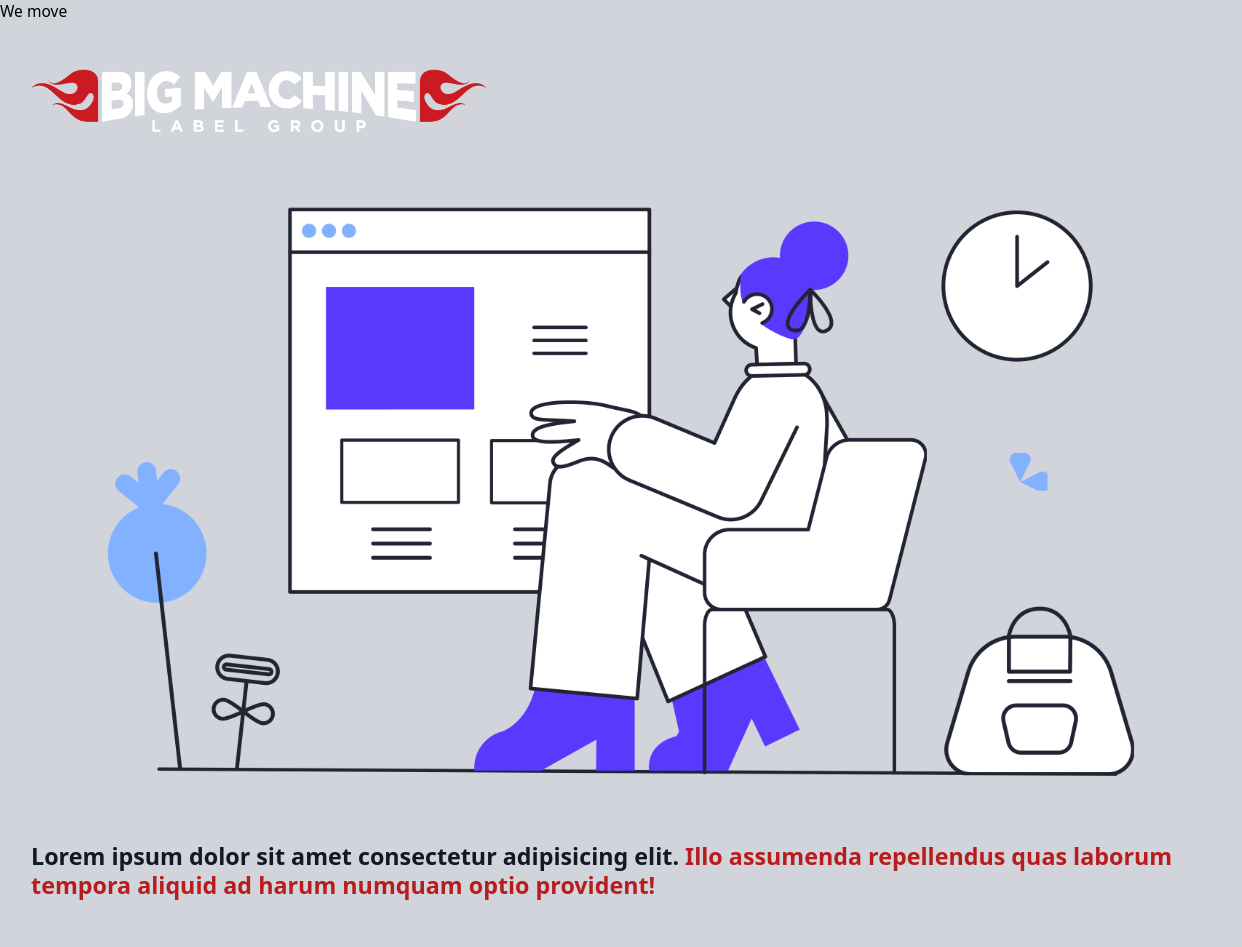
Repository: thasquirrie/fanmanagement
Page: / (app in frontend/)
The author's editor kept a copy of each file at every save. The page is drawn from the files as they stood at one save, then again after the next save.
The browser window is 1280 px wide. The pictures show the whole page, at 97% of full size.
The project was rebuilt for these pictures with package versions that can differ from the ones it lists, and the page was loaded fresh each time. A package was used in the major version that the imports need, not the one package.json lists. Also part of the build but not shown: frontend/craco.config.js, frontend/src/App.css.

Above is the page before, as saved 2021-05-25 14:20:56.

### frontend/public/index.html
<!DOCTYPE html>
<html lang="en">

<head>
  <meta charset="utf-8" />
  <link rel="icon" href="%PUBLIC_URL%/favicon.ico" />
  <meta name="viewport" content="width=device-width, initial-scale=1" />
  <meta name="theme-color" content="#000000" />
  <meta name="description" content="Web site created using create-react-app" />
  <link rel="apple-touch-icon" href="%PUBLIC_URL%/logo192.png" />
  <!--
      manifest.json provides metadata used when your web app is installed on a
      user's mobile device or desktop. See https://developers.google.com/web/fundamentals/web-app-manifest/
    -->
  <link rel="manifest" href="%PUBLIC_URL%/manifest.json" />
  <!--
      Notice the use of %PUBLIC_URL% in the tags above.
      It will be replaced with the URL of the `public` folder during the build.
      Only files inside the `public` folder can be referenced from the HTML.

      Unlike "/favicon.ico" or "favicon.ico", "%PUBLIC_URL%/favicon.ico" will
      work correctly both with client-side routing and a non-root public URL.
      Learn how to configure a non-root public URL by running `npm run build`.
    -->
  <title>React App</title>
</head>

<body class='bg-gray-300'>
  <noscript>You need to enable JavaScript to run this app.</noscript>
  <div id="root">

  </div>
  <!--
      This HTML file is a template.
      If you open it directly in the browser, you will see an empty page.

      You can add webfonts, meta tags, or analytics to this file.
      The build step will place the bundled scripts into the <body> tag.

      To begin the development, run `npm start` or `yarn start`.
      To create a production bundle, use `npm run build` or `yarn build`.
    -->
</body>

</html>

### frontend/src/index.css
body {
 margin: 0;
 font-family: -apple-system, BlinkMacSystemFont, 'Segoe UI', 'Roboto', 'Oxygen',
  'Ubuntu', 'Cantarell', 'Fira Sans', 'Droid Sans', 'Helvetica Neue', sans-serif;
 -webkit-font-smoothing: antialiased;
 -moz-osx-font-smoothing: grayscale;
}

code {
 font-family: source-code-pro, Menlo, Monaco, Consolas, 'Courier New', monospace;
}

@tailwind base;
@tailwind components;
@tailwind utilities;

### frontend/src/App.js
import { Route, BrowserRouter, Switch } from 'react-router-dom';
import Header from './components/Header';
import HomeScreen from './screens/HomeScreen';
// import logo from './logo.svg';
import './App.css';

function App() {
 return (
  <BrowserRouter>
   <Header />
   <main className='container'>
    <Switch>
     <Route path='/' component={HomeScreen} />
    </Switch>
   </main>
  </BrowserRouter>
 );
}

export default App;

### frontend/src/components/Header.jsx
import React from 'react';
import { NavLink } from 'react-router-dom';

const Header = () => {
 let collapse = document.querySelector('#navbar-collapse');

 const handleClick = (e) => {
  console.log(collapse);
  collapse.classList.toggle('hidden');
  collapse.classList.toggle('flex');
 };

 return (
  <div>We move</div>
  // <nav className='bg-white py-2 md:py-4'>
  //  <div className='container px-4 mx-auto md:flex md:items-center'>
  //   <div className='flex justify-between items-center'>
  //    <NavLink to='/' className='font-bold text-xl text-indigo-600'>
  //     FWR
  //    </NavLink>
  //    <button
  //     className='border border-solid border-gray-600 px-3 py-1 rounded text-gray-600 opacity-50 hover:opacity-75 md:hidden'
  //     id='navbar-toggle'
  //     onClick={handleClick}
  //    >
  //     <i className='fas fa-bars'></i>
  //    </button>
  //   </div>

  //   <div
  //    className='md:flex flex-col md:flex-row md:ml-auto mt-3 md:mt-0  hidden'
  //    id='navbar-collapse'
  //   >
  //    <NavLink
  //     to='/'
  //     className='p-2 lg:px-4 md:mx-2 text-white rounded active:bg-indigo-600'
  //    >
  //     Home
  //    </NavLink>
  //    <NavLink
  //     to='#'
  //     className='p-2 lg:px-4 md:mx-2 text-gray-600 rounded hover:bg-gray-200 hover:text-gray-700 transition-colors duration-300 active:bg-indigo-600'
  //    >
  //     About
  //    </NavLink>
  //    <NavLink
  //     to='#'
  //     className='p-2 lg:px-4 md:mx-2 text-gray-600 rounded hover:bg-gray-200 hover:text-gray-700 transition-colors duration-300'
  //    >
  //     Features
  //    </NavLink>
  //    <NavLink
  //     to='#'
  //     className='p-2 lg:px-4 md:mx-2 text-gray-600 rounded hover:bg-gray-200 hover:text-gray-700 transition-colors duration-300'
  //    >
  //     Pricing
  //    </NavLink>
  //    <NavLink
  //     to='#'
  //     className='p-2 lg:px-4 md:mx-2 text-gray-600 rounded hover:bg-gray-200 hover:text-gray-700 transition-colors duration-300'
  //    >
  //     Contact
  //    </NavLink>
  //    <NavLink
  //     to='#'
  //     className='p-2 lg:px-4 md:mx-2 text-indigo-600 text-center border border-transparent rounded hover:bg-indigo-100 hover:text-indigo-700 transition-colors duration-300'
  //    >
  //     Login
  //    </NavLink>
  //    <NavLink
  //     to='#'
  //     className='p-2 lg:px-4 md:mx-2 text-indigo-600 text-center border border-solid border-indigo-600 rounded hover:bg-indigo-600 hover:text-white transition-colors duration-300 mt-1 md:mt-0 md:ml-1'
  //    >
  //     Signup
  //    </NavLink>
  //   </div>
  //  </div>
  // </nav>
 );
};

export default Header;

### frontend/src/screens/HomeScreen.jsx
import React from 'react';

const HomeScreen = () => {
 return (
  <>
   <div className='px-8 py-12'>
    <img className='lg:h-16' src='/img/pngegg.png' alt='Big Machine' />
    <img
     className='mt-6 rounded-lg'
     src='/img/pablita-522.png'
     alt='Woman organizing shadow-xl'
    />
    <h1 className='mt-6 text-2xl font-bold text-gray-900 leading-tight'>
     Lorem ipsum dolor sit amet consectetur adipisicing elit.{' '}
     <span className='text-red-700'>
      Illo assumenda repellendus quas laborum tempora aliquid ad harum numquam
      optio provident!
     </span>
    </h1>
   </div>
  </>
 );
};

export default HomeScreen;

Loaded but not shown: frontend/src/index.js (common file); frontend/src/reportWebVitals.js (common file); frontend/tailwind.config.js (common file)

After the next save:
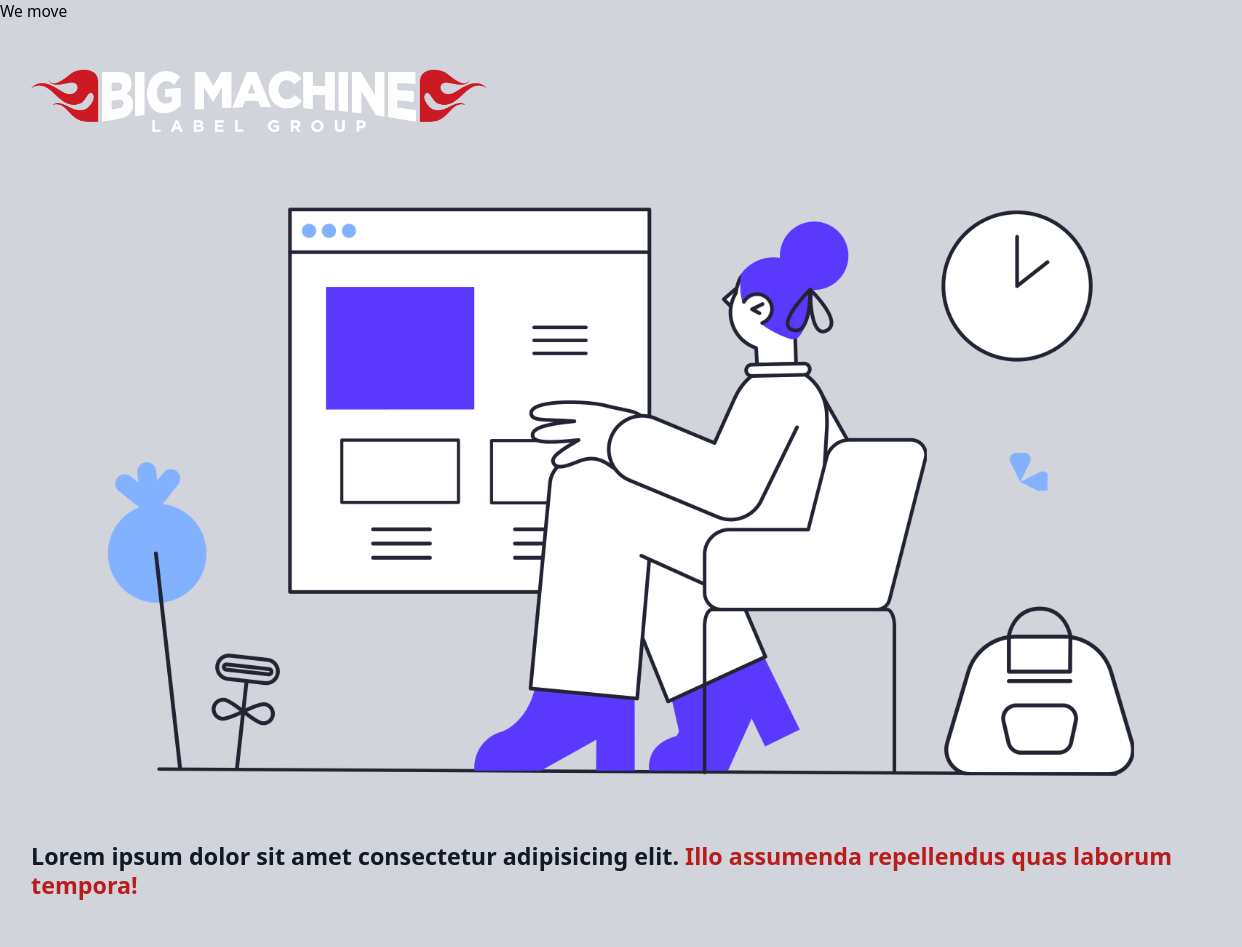
Saved 67 s later.
--- a/frontend/src/screens/HomeScreen.jsx
+++ b/frontend/src/screens/HomeScreen.jsx
@@ -13,8 +13,7 @@
     <h1 className='mt-6 text-2xl font-bold text-gray-900 leading-tight'>
      Lorem ipsum dolor sit amet consectetur adipisicing elit.{' '}
      <span className='text-red-700'>
-      Illo assumenda repellendus quas laborum tempora aliquid ad harum numquam
-      optio provident!
+      Illo assumenda repellendus quas laborum tempora!
      </span>
     </h1>
    </div>
